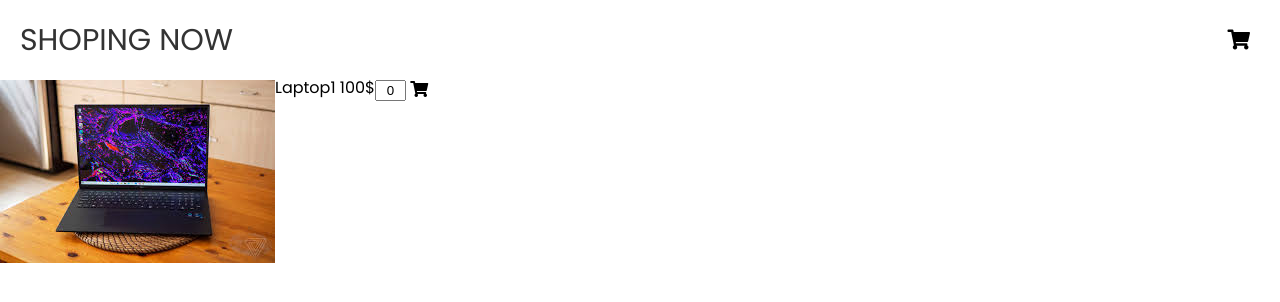
Repository: nttthao9/shopingcart
Page: index.html
These files come from the project's save history. The page is drawn as it stood at one moment and after the next save; the edit follows.
The browser window is 1280 px wide. The pictures show the whole page.
Some web libraries are served in a nearby version.

Above is the page before, as saved 2021-10-04 14:20:06.

### index.html
<!DOCTYPE html>
<html lang="en">

<head>
  <meta charset="UTF-8">
  <meta http-equiv="X-UA-Compatible" content="IE=edge">
  <meta name="viewport" content="width=device-width, initial-scale=1.0">
  <title>Shoping Cart</title>
  <link rel="preconnect" href="https://fonts.googleapis.com">
  <link rel="preconnect" href="https://fonts.gstatic.com" crossorigin>
  <link href="https://fonts.googleapis.com/css2?family=Poppins:wght@300;400;500;600&display=swap" rel="stylesheet">
  <link rel="stylesheet" href="https://cdnjs.cloudflare.com/ajax/libs/font-awesome/5.1.0-11/css/all.css"
    integrity="sha512-xO/VZFNBvip9IT+BD6Nq/pHdBvKeFcwygKqARlegjQ+5A68KsMSYrPbGP1oYow5ec9Tqq8peJXcn5J1bD4O00w=="
    crossorigin="anonymous" referrerpolicy="no-referrer" />
  <link rel="stylesheet" href="./styles/reset.css">
  <link rel="stylesheet" href="./styles/style.css">
</head>

<body>
  <div class="shoping">
    <div class="shoping-bar">
      <h2 class="shoping-title">Shoping now</h2>
      <div class="shoping-cart">
        <i class="fas fa-shopping-cart"></i>
      </div>
    </div>
    <div class="product-list">
      <div class="product-item">
        <img src="./images/laptop1.jpg" alt="" class="product-image">
        <div class="product-desc">
          <span class="product-name">Laptop1</span>
          <span class="product-price">100$</span>
        </div>
        <div class="product-buy">
          <input type="number" name="" id="" class="product-count" value="0" min="0">
          <i class="fas fa-shopping-cart cart-icon"></i>
        </div>

      </div>
    </div>
  </div>
  <script src="./main.js"></script>
</body>

</html>

### styles/style.css
* {
  box-sizing: border-box;
}
html {
  font-size: 62.5%;
}
input::-webkit-outer-spin-button,
input::-webkit-inner-spin-button {
  -webkit-appearance: none;
  margin: 0;
}
input[type='number'] {
  -moz-appearance: textfield;
}
body {
  font-family: 'Poppins', sans-serif;
  line-height: 1;
  font-size: 1.6rem;
}
.shoping-bar {
  display: flex;
  align-items: center;
  justify-content: space-between;
  padding: 2rem;
}
.shoping-title {
  font-size: 3rem;
  color: #333;
  text-transform: uppercase;
}
.shoping-cart {
  font-size: 2rem;
  padding: 1rem;
  cursor: pointer;
}
.product-item {
  display: flex;
}
.product-count {
  width: 15%;
  text-align: center;
}

### main.js
const productList = [
  {
    id: 1,
    name: 'laptop1',
    image: './images/laptop1.jpg',
    price: 100,
  },
  {
    id: 2,
    name: 'laptop2',
    image: './images/laptop2.jpg',
    price: 200,
  },
  {
    id: 3,
    name: 'laptop3',
    image: './images/laptop3.jpg',
    price: 300,
  },
];
const nameProduct = productList.map((item) => Object.values(item));
console.log(nameProduct);

Loaded but not shown: styles/reset.css (common file)

After the next save:
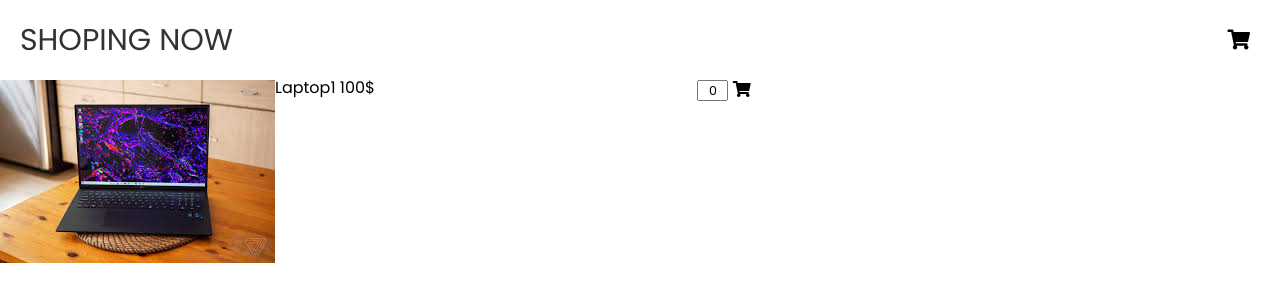
Saved 37 s later.
--- a/styles/style.css
+++ b/styles/style.css
@@ -36,6 +36,9 @@ body {
 .product-item {
   display: flex;
 }
+.product-desc {
+  width: 33%;
+}
 .product-count {
   width: 15%;
   text-align: center;
